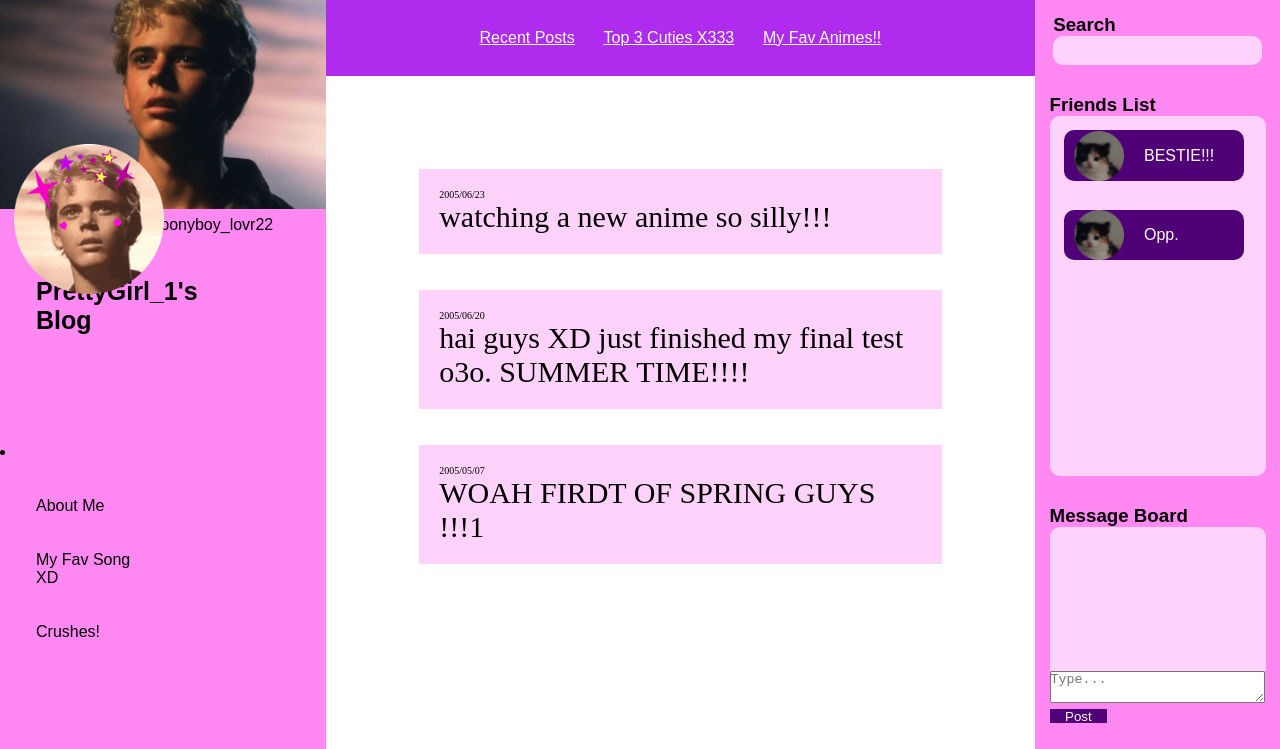
Repository: Jennica1/Frontend-Final
Page: index.html
An editor plug-in stored every save of this project. The page is shown before and after the next save, followed by the edit.
The browser window is 1280 px wide. The pictures show the whole page.

Above is the page before, as saved 2024-05-23 12:47:24.

### index.html
<!DOCTYPE html>
<html lang="en">

<head>
  <title>My Blog!!</title>
  <meta charset="UTF-8">
  <meta name="viewport" content="width=device-width, initial-scale=1">
  <link rel="stylesheet" href="style.css">
</head>

<body>
  <div class="content">

    <div class="flexbox">

      <div class="sidebar-wrapper">

        <!--Side Nav Left-->
        <div class="sidebar-left">
          <img src="images/ponyboy.png" class="profile" width="150px" />
          <img src="images/background-image.jpg" alt="background image" class="background-photo" />
          <p class="username">@ponyboy_lovr22</p>
          <p class="nickname">PrettyGirl_1's Blog</p>
          <li class="sidebar-list">
            <ul class="item">About Me</ul>
            <ul class="item">My Fav Song XD</ul>
            <ul class="item">Crushes!</ul>
          </li>
        </div>
      </div>



      <div class="centre-content"> <!-- PUT ALL MAIN CONTENT BELOW THE HEADER -->
        <!-- Header -->
        <header class="header">
          <li class="content-list">
            <ul><a class="link" href="index.html">Recent Posts</a></ul>
            <ul><a class="link" href="topThree.html">Top 3 Cuties X333</a></ul>
            <ul><a class="link" href="anime.html">My Fav Animes!!</a></ul>
          </li>
        </header>

        <!-- main content -->
        <div class="main-content">
          <div class="recents-container">
            <div class="post">
              <p class="time-stamp">2005/06/23</p>
              <p class="post-text">watching a new anime so silly!!!</p>
            </div>

            <div class="post">
              <p class="time-stamp">2005/06/20</p>
              <p class="post-text">hai guys XD just finished my final test o3o. SUMMER TIME!!!!</p>
            </div>

            <div class="post">
                <p class="time-stamp">2005/05/07</p>
              <p class="post-text">WOAH FIRDT OF SPRING GUYS !!!1</p>
            </div>

          </div>
        </div>
      </div>

      <!--Side Nav Right-->
      <div class="sidebar-right">
        <form>
          <h3>Search</h3>
          <input type="text" class="search-bar">
        </form>
        <div class="friends-list">
          <h3>Friends List</h3>
          <div class="friends-container">
            <div class="friend">
              <img src="images/friend-pfp.png" width="50px" style="margin-left: 10px; margin-right: 20px;" />
              <p style="color: white;">BESTIE!!!</p>
            </div>
            <div class="friend">
              <img src="images/friend-pfp.png" width="50px" style="margin-left: 10px; margin-right: 20px;" />
              <p style="color: white;">Opp.</p>
            </div>
          </div>
        </div>
        <div class="message-board">
          <h3>Message Board</h3>
          <div id="message-board-container" class="message-board-container">
            <div class="message-board-content">
            </div>
          </div>
          <div class="user-input">
            <textarea name="" id="new-comment" class="text-box" placeholder="Type..."></textarea>
            <button id="btn-post" class="button-post">Post</button>
            <script src="script.js"></script>
          </div>
        </div>
      </div>
    </div>
  </div>
  </div>
</body>

</html>

### style.css
* {
  margin: 0;
  padding: 0;
}

.content {
  display: flex;
  flex-direction: column;
}

.flexbox {
  display: flex;
  flex-direction: row;
  justify-content: space-between;
  gap: 0;
}

.sidebar-wrapper {
  display: flex;
  justify-content: center;
  height: auto;

}

.sidebar-left {
  display: flex;
  flex-direction: column;
  position: relative;
  background-color: #FF88F3;
  z-index: 0;
  padding-right: 9.1rem;
  width: 25vh;
  font-family: Arial;
}

.profile {
  z-index: 1;
  position: absolute;
  margin-top: 20vh;
  margin-left: 2vh;
}

.background-photo {
  position: absolute;
  top: 0;
  left: 0;
  width: 100%;
  height: 29vh;
  object-fit: cover;

}

.background-container {
  width: 100%;
}

.username {
  margin-top: 30vh;
  margin-left: 20vh;
}

.nickname {
  font-size: 25px;
  margin-top: 6vh;
  margin-left: 5vh;
  width: 100%;
  font-weight: BOLD;
}

.sidebar-list {
  margin-top: 15vh;
}

.item {
  margin: 5vh;
}

.content-list {
  display: flex;
  margin: 4vh;
}

.link {
  color: white;
  margin: 2vh;
}


.sidebar-right {
  background-color: #FF88F3;
  z-index: 0;
  width: 30vh;
  display: flex;
  flex-direction: column;
  align-items: center;
  padding: 2vh;
  font-family: Arial;
  height: 100vh;
}

.search-bar {
  width: 29vh;
  height: 4vh;
  border-radius: 10px;
  border: transparent;
  background-color: #FFD2FB;
}

.friends-list {
  height: auto;
  margin-top: 4vh;
}

.friends-container {
  width: 30vh;
  height: 50vh;
  background-color: #FFD2FB;
  border-radius: 10px;
  display: flex;
  justify-content: center;
  flex-direction: column;
  justify-content: start;
}


.friend {
  width: 25vh;
  height: 7vh;
  border-radius: 10px;
  background-color: #500076;
  margin: 2vh;
  display: flex;
  align-items: center;
}

.message-board-container {
  width: 30vh;
  height: 20vh;
  background-color: #FFD2FB;
  border-top-left-radius: 10px;
  border-top-right-radius: 10px;
  display: flex;
  flex-direction: column-reverse;
  overflow-y: auto;
}

.message-board-content {
  margin: 10px;

}

.message-board {
  margin-top: 4vh;
}

.message {
  width: 80%;
  height: auto;
  margin: 1vh;
  align-items: left;
  display: flex;
  flex-direction: column;
  background-color: purple;
  padding: 1vh;
  border-radius: 5px;
  color: white;
}

.user-input {
  width: 50%;
}

.text-box {
  width: 29.7vh;
}

.button-post {
  width: 8vh;
  height: 2vh;
  right: 0;
  background-color: #500076;
  color: white;
  border: transparent;
}

.header {
  background-color: #AF2BEE;
  color: #ffffff;
  display: flex;
  justify-content: center;
  font-family: Arial;
}

.centre-content {
  width: 100%;
  display: flex;
  flex-direction: column;
}

.main-content {
  display: flex;
  justify-content: center;
}

.recents-container {
margin: 8vh;
}

.post {
  flex-direction: column;
  display: flex;
  margin: 5vh;
  padding: 20px;
  width: auto;
  background-color: #FFD2FB;
}

.time-stamp {
font-size: 10px;
}

.post-text {
font-size: 30px;
width: 100%;
}

### script.js
document.getElementById("btn-post").addEventListener("click", function () {

  const newComment = document.getElementById("new-comment").value;


  const commentContainer = document.createElement("div");
  commentContainer.classList.add("message");
  const commentElement = document.createElement("p");
  commentElement.innerText = newComment;


  commentContainer.appendChild(commentElement);


  const messageBoardContainer = document.getElementById("message-board-container");
  messageBoardContainer.appendChild(commentContainer);


  document.getElementById("new-comment").value = "";
});

After the next save:
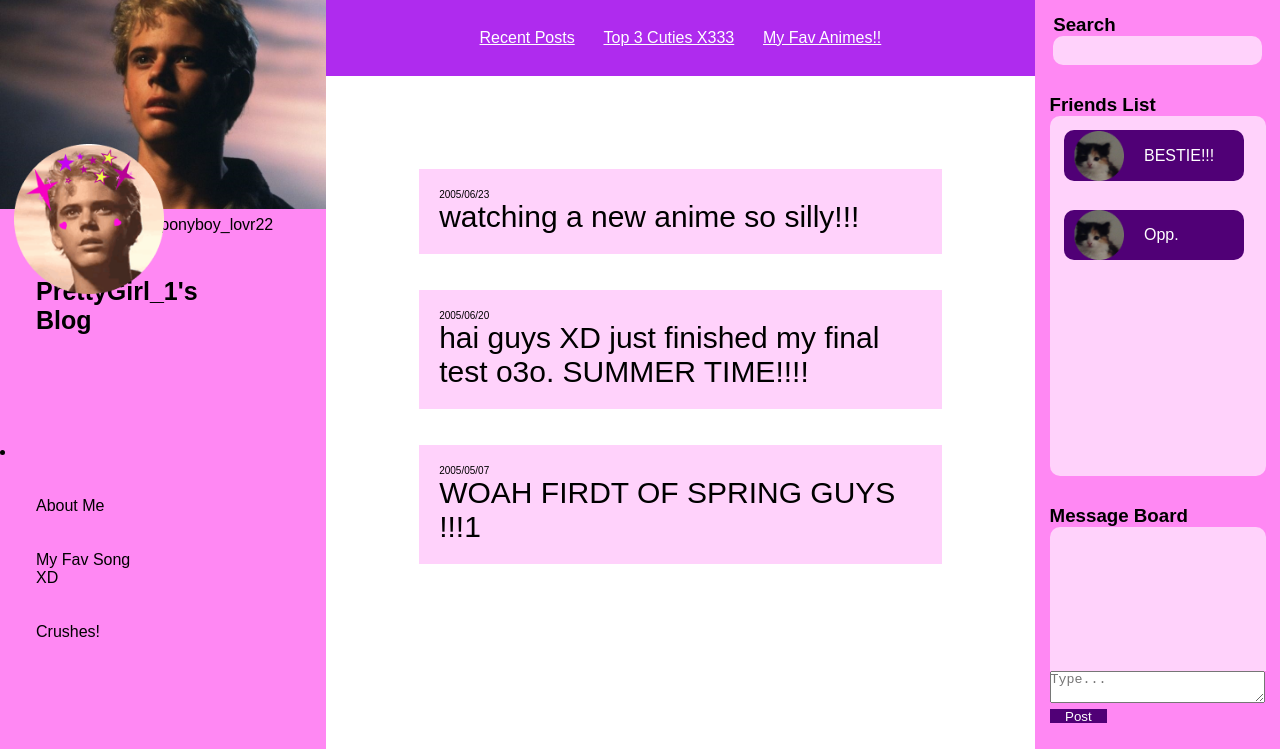
Saved 28 s later.
--- a/style.css
+++ b/style.css
@@ -213,6 +213,7 @@ margin: 8vh;
   padding: 20px;
   width: auto;
   background-color: #FFD2FB;
+  font-family: Arial;
 }
 
 .time-stamp {
